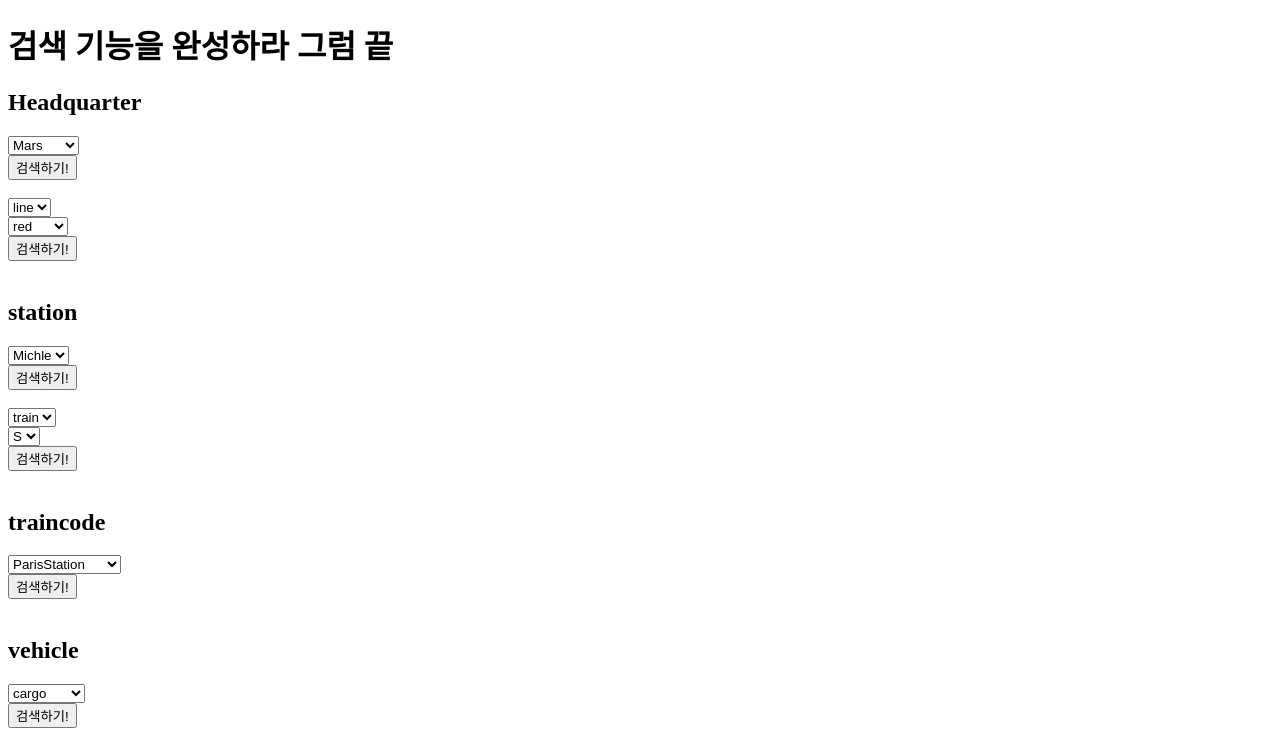
Repository: CISXO/JSP
Page: http://localhost/DB_Project/DB/Search.jsp
An editor plug-in stored every save of this project. The page is shown before and after the next save, followed by the edit.
The browser window is 1280 px wide. The pictures show the whole page.
The page is served by Tomcat 9.

Above is the page before, as saved 2022-12-23 09:23:19.

### DbProject/DB_Project/src/main/webapp/DB/Search.jsp
<%@ page language="java" contentType="text/html; charset=utf-8"
    pageEncoding="utf-8" import="java.sql.*"%>
<!DOCTYPE html>
<html>
<head>
<meta charset="EUC-KR">
<title>Insert title here</title>
</head>
<body>
<h1>검색 기능을 완성하라 그럼 끝</h1>
 <form action="Headquarter.jsp" method="get" >
       <div class="row">

        <h2>Headquarter</h2>
       <div class="row">
      <select name="search">
        <option>Mars</option>
        <option>Earth</option>
        <option>Mercury</option>
        <option>Venus</option>
        <option>Saturn</option>
      </select>
        <input name="checkcheck" type="hidden" placeHolder="검색할 값" value="2">
        </div>
      <button>검색하기!</button>
        </div>
        </form>
        <br>
         <form action="line.jsp" method="get" >
       <div class="row">
      <select name="select">
        <option>line</option>
      </select>
       <div class="row">
      <select name="search">
        <option>red</option>
        <option>blue</option>
        <option>yellow</option>
        <option>puple</option>
        <option>white</option>
      </select>
        <input name="checkcheck" type="hidden" placeHolder="검색할 값" value="2">
        </div>
      <button>검색하기!</button>
        </div>
        </form>


        <br>
         <form action="station.jsp" method="get">
       <div class="row">
      <h2>station</h2>
       <div class="row">
      <select name="search">
        <option>Michle</option>
        <option>Jo</option>
        <option>Jk122</option>
        <option>brok</option>
      </select>
        <input name="checkcheck" type="hidden" placeHolder="검색할 값" value="2">
        </div>
      <button>검색하기!</button>
        </div>
        </form>
        <br>
         <form action="train.jsp" method="get">
       <div class="row">
      <select name="select">
        <option>train</option>
      </select>
       <div class="row">
      <select name="search">
        <option>S</option>
        <option>A</option>
        <option>B</option>
        <option>C</option>
        <option>D</option>
        <option>F</option>
      </select>
        <input name="checkcheck" type="hidden" placeHolder="검색할 값" value="2">
        </div>
      <button>검색하기!</button>
        </div>
        </form>
        <br>

         <form action="traincode.jsp" method="get">
       <div class="row">
      <h2>traincode</h2>
      </select>
       <div class="row">
      <select name="search">
        <option>ParisStation</option>
        <option>KoreaStation</option>
        <option>MarsStation</option>
        <option>IndianoStation</option>
        <option>VenusStation</option>
        <option>AmericaStation</option>
      </select>
        <input name="checkcheck" type="hidden" placeHolder="검색할 값" value="2">
        </div>
      <button>검색하기!</button>
        </div>
        </form>

        <br>
         <form action="vehicle.jsp" method="get">
       <div class="row">
      <h2>vehicle</h2>
      </select>
       <div class="row">
      <select name="search">
        <option>cargo</option>
        <option>career</option>
        <option>Decorate</option>
      </select>
        <input name="checkcheck" type="hidden" placeHolder="검색할 값" value="2">
        </div>
      <button>검색하기!</button>
        </div>
        </form><br>

</body>
</html>

After the next save:
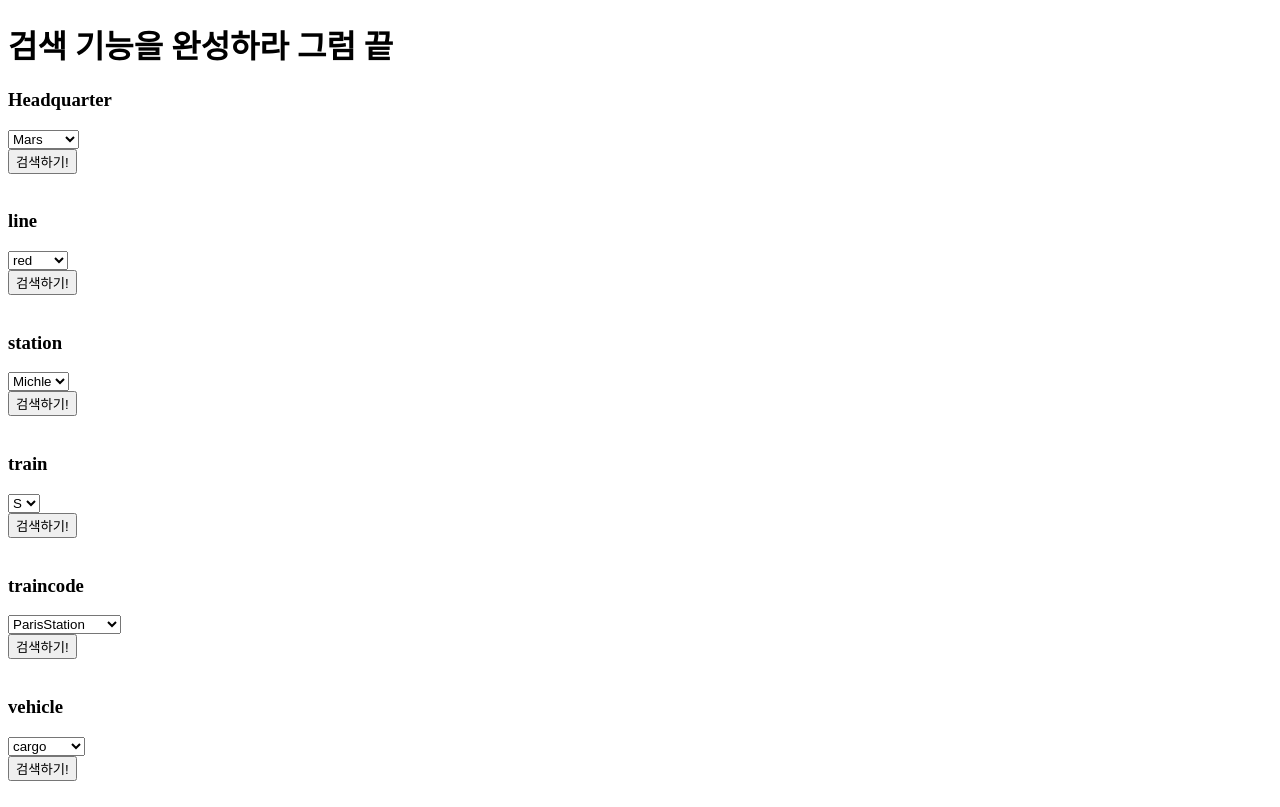
Saved 81 s later.
--- a/DbProject/DB_Project/src/main/webapp/DB/Search.jsp
+++ b/DbProject/DB_Project/src/main/webapp/DB/Search.jsp
@@ -11,7 +11,7 @@
  <form action="Headquarter.jsp" method="get" >
        <div class="row">
 
-        <h2>Headquarter</h2>
+        <h3>Headquarter</h3>
        <div class="row">
       <select name="search">
         <option>Mars</option>
@@ -27,10 +27,7 @@
         </form>
         <br>
          <form action="line.jsp" method="get" >
-       <div class="row">
-      <select name="select">
-        <option>line</option>
-      </select>
+       <div class="row"><h3>line</h3>
        <div class="row">
       <select name="search">
         <option>red</option>
@@ -49,7 +46,7 @@
         <br>
          <form action="station.jsp" method="get">
        <div class="row">
-      <h2>station</h2>
+      <h3>station</h3>
        <div class="row">
       <select name="search">
         <option>Michle</option>
@@ -65,9 +62,7 @@
         <br>
          <form action="train.jsp" method="get">
        <div class="row">
-      <select name="select">
-        <option>train</option>
-      </select>
+      <h3>train</h3>
        <div class="row">
       <select name="search">
         <option>S</option>
@@ -86,8 +81,7 @@
 
          <form action="traincode.jsp" method="get">
        <div class="row">
-      <h2>traincode</h2>
-      </select>
+      <h3>traincode</h3>
        <div class="row">
       <select name="search">
         <option>ParisStation</option>
@@ -106,8 +100,7 @@
         <br>
          <form action="vehicle.jsp" method="get">
        <div class="row">
-      <h2>vehicle</h2>
-      </select>
+      <h3>vehicle</h3>
        <div class="row">
       <select name="search">
         <option>cargo</option>
